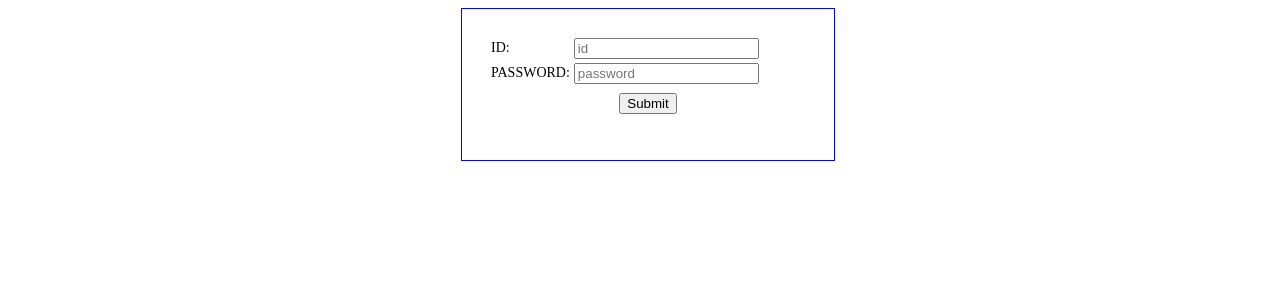
Repository: moshe31sh/Java_ee_final_project_todo_list
Page: http://localhost/Toto_list_final_project/login.jsp
The author's editor kept a copy of each file at every save. The page is drawn from the files as they stood at one save, then again after the next save.
The browser window is 1280 px wide. The page is 1288 px wide, so the pictures cover 1288 px, including what lies to the right of the window. The pictures show the whole page.
The page is served by Tomcat 9.

Above is the page before, as saved 2015-12-05 10:39:11.

After the next save:
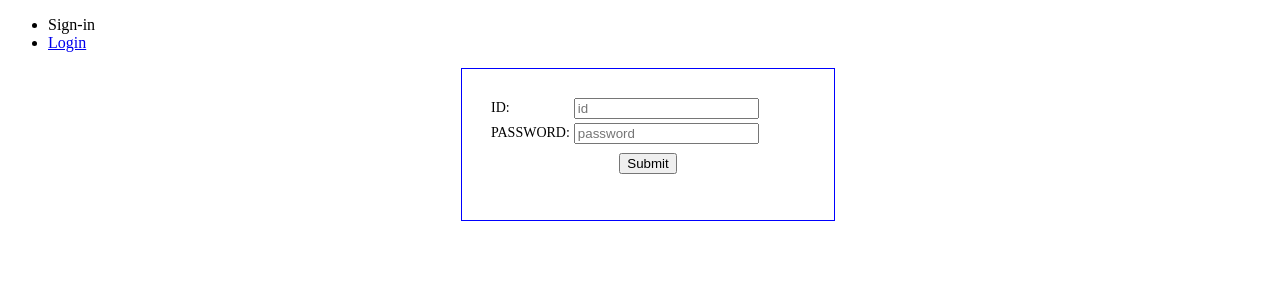
Saved 17 s later.
--- a/Toto_list_final_project/WebContent/login.jsp
+++ b/Toto_list_final_project/WebContent/login.jsp
@@ -9,6 +9,11 @@
 <title>Login</title>
 </head>
 <body>
+<nav id="navigation-menu">
+<ul>
+<li><a href="./LogIn.jsp"></a>Sign-in</li>
+<li><a href="#">Login</a></li>
+</ul></nav>
 <form id="login-form" method="get" action="/Toto_list_final_project/ToDoListAuthenticationController">
     <table>
     <tr><td>id:</td><td><input  type="text" placeholder="id" name="id"  title="Inset Id"/></td></tr>
